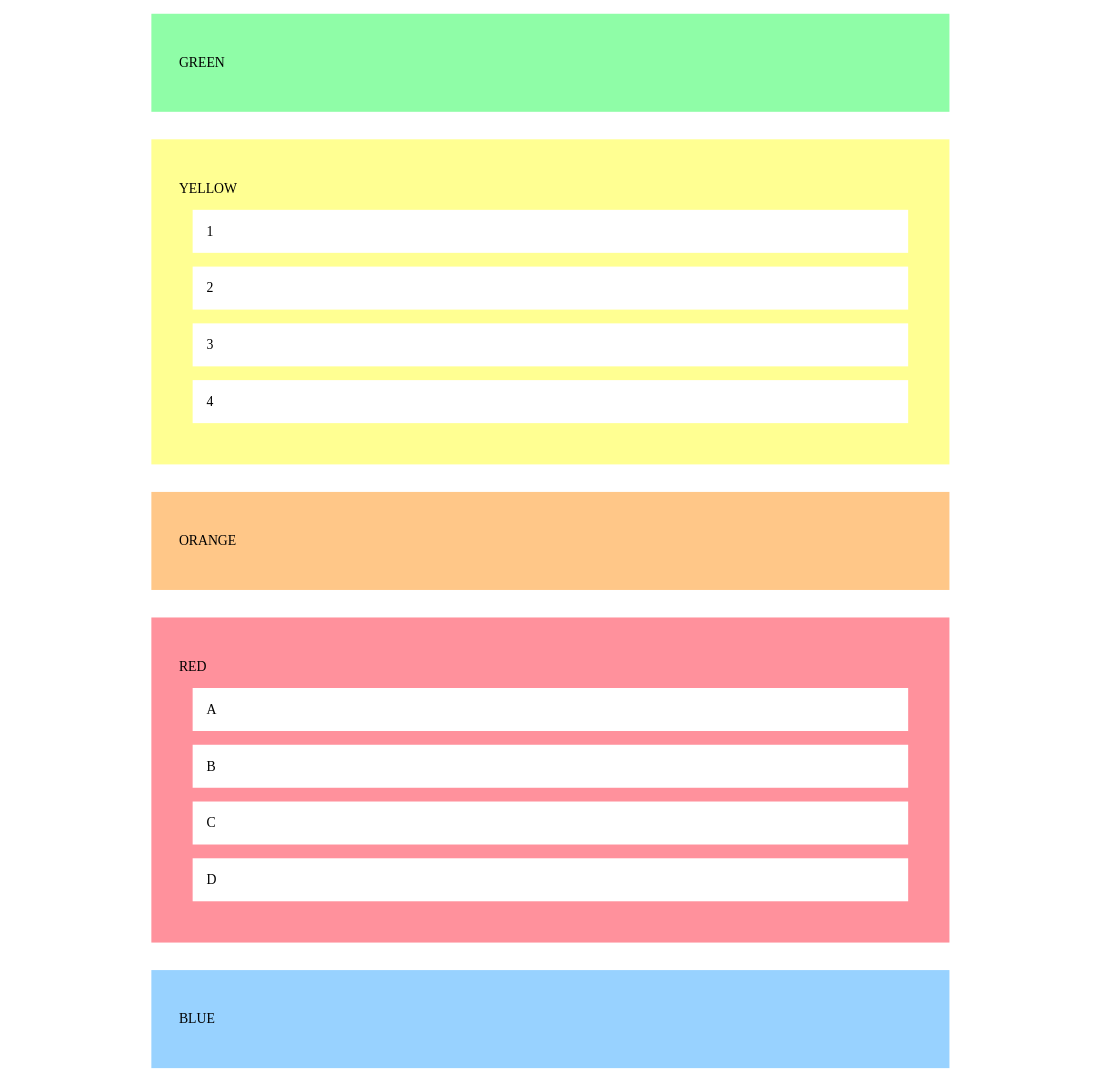
Repository: CryptoFamilyNFT/develhope
Page: css/FlexBoxProperties/index.html
These files come from the project's save history. The page is drawn as it stood at one moment and after the next save; the edit follows.
The browser window is 1280 px wide. The pictures show the whole page, at 86% of full size.

Above is the page before, as saved 2024-11-15 11:44:40.

### css/FlexBoxProperties/index.html
<!DOCTYPE html>
<html lang="en">

<head>
  <meta charset="UTF-8">
  <meta http-equiv="X-UA-Compatible" content="IE=edge">
  <meta name="viewport" content="width=device-width, initial-scale=1.0">
  <title>Blocks</title>
  <link rel="stylesheet" href="start.css">
</head>

<body>
  <section id="green">
    <p>GREEN</p>
  </section>
  <section id="yellow">
    <p>YELLOW</p>
    <ul>
      <li>1</li>
      <li>2</li>
      <li>3</li>
      <li>4</li>
    </ul>
  </section>
  <section id="orange">
    <p>ORANGE</p>
  </section>
  <section id="red">
    <p>RED</p>
    <ul>
      <li>A</li>
      <li>B</li>
      <li>C</li>
      <li>D</li>
    </ul>
  </section>
  <section id="blue">
    <p>BLUE</p>
  </section>
</body>

</html>

### css/FlexBoxProperties/start.css
body {
    width: 60em;
    margin: 0 auto;
    display: grid;
    flex-direction: row;
  }

  section {
    padding: 2em;
    margin: 1em;
    grid-row: inherit;
  }

  #green {
    background-color: #8ffda7;
  }

  #orange {
    background-color: #ffc788;
  }

  #yellow {
    background-color: #ffff92;
  }

  #red {
    background-color: #ff919c;
  }

  #blue {
    background-color: #98d2ff;
  }

  ul {
    padding: 0;
  }

  li {
    background-color: white;
    padding: 1em;
    display: block;
    margin: 1em;
  }

After the next save:
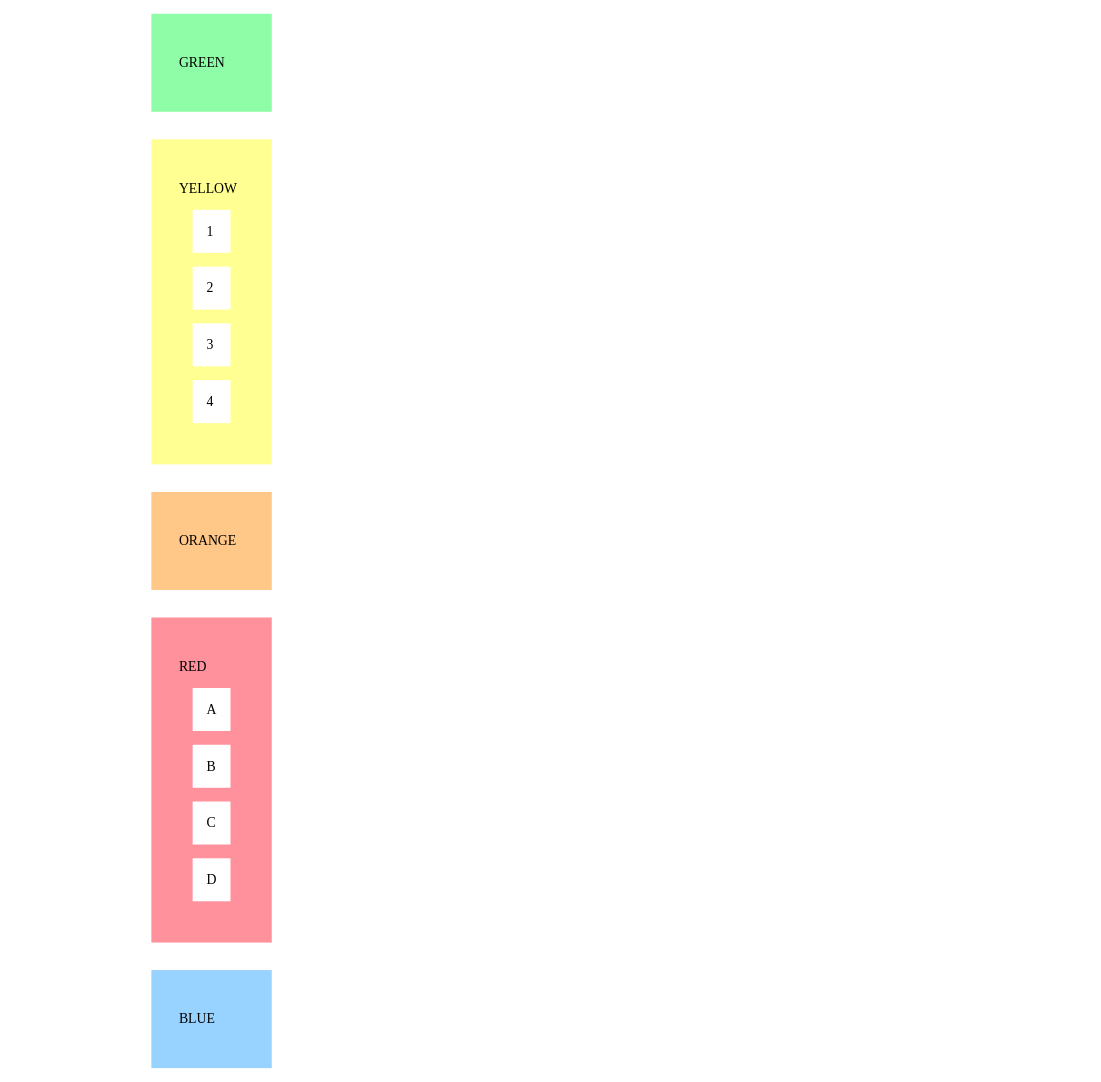
Saved 9 s later.
--- a/css/FlexBoxProperties/start.css
+++ b/css/FlexBoxProperties/start.css
@@ -2,7 +2,7 @@ body {
     width: 60em;
     margin: 0 auto;
     display: grid;
-    flex-direction: row;
+    grid-template-columns: max-content;
   }
 
   section {

After the save that followed:
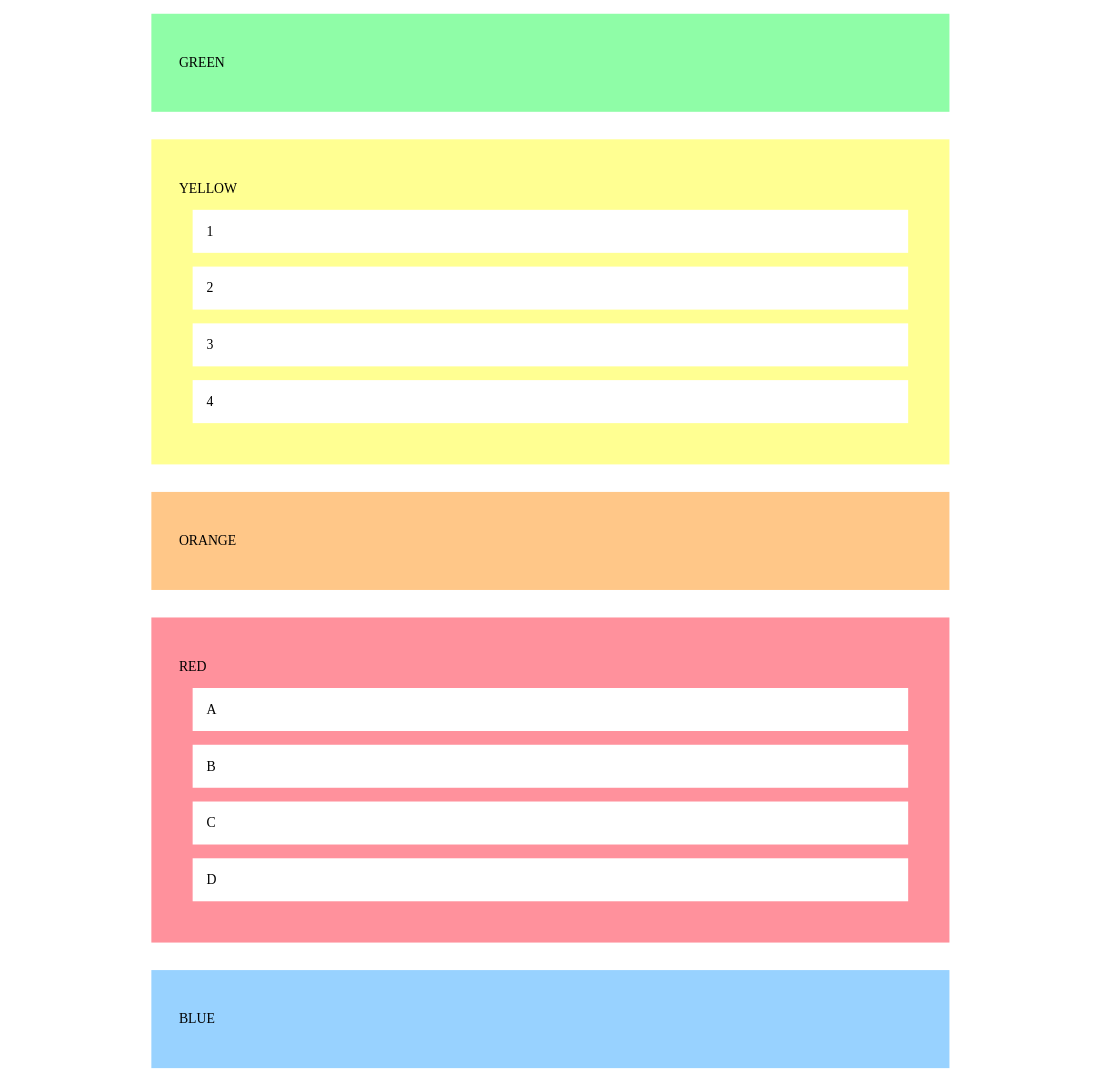
Saved 14 s later.
--- a/css/FlexBoxProperties/start.css
+++ b/css/FlexBoxProperties/start.css
@@ -2,7 +2,7 @@ body {
     width: 60em;
     margin: 0 auto;
     display: grid;
-    grid-template-columns: max-content;
+    grid-template-columns: 1fr;
   }
 
   section {
